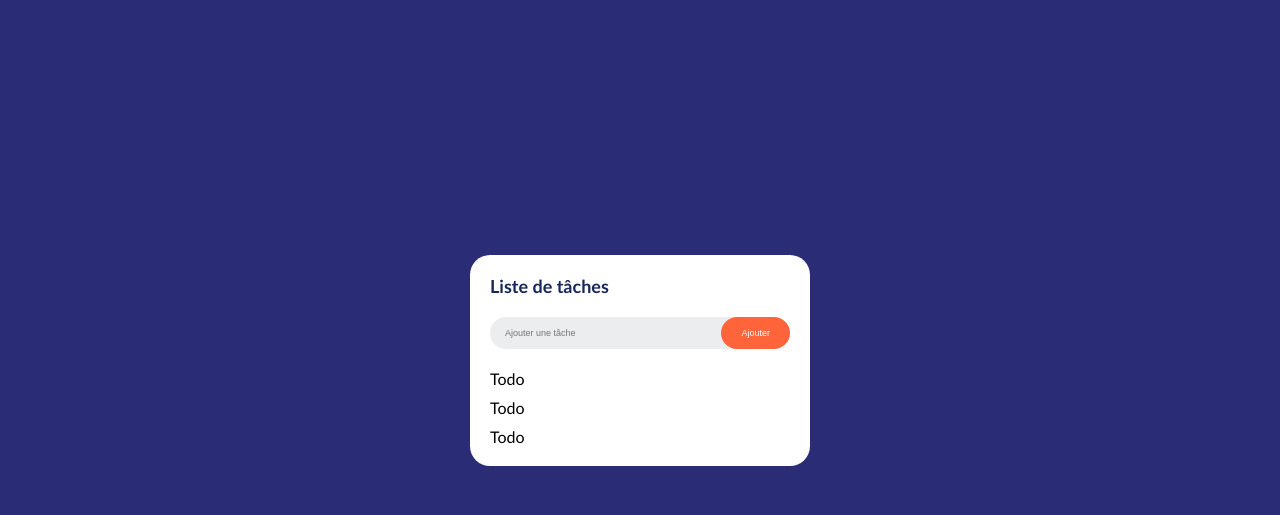
Repository: ndiemenguer/convertisseur
Page: / (app in todo-isep/)
The author's editor kept a copy of each file at every save. The page is drawn from the files as they stood at one save, then again after the next save.
The browser window is 1280 px wide. The pictures show the whole page.
The project was rebuilt for these pictures with package versions that can differ from the ones it lists, and the page was loaded fresh each time. Also part of the build but not shown: todo-isep/vite.config.js, todo-isep/src/Application.jsx, todo-isep/src/index.css.

Above is the page before, as saved 2023-05-06 12:53:34.

After the next save:
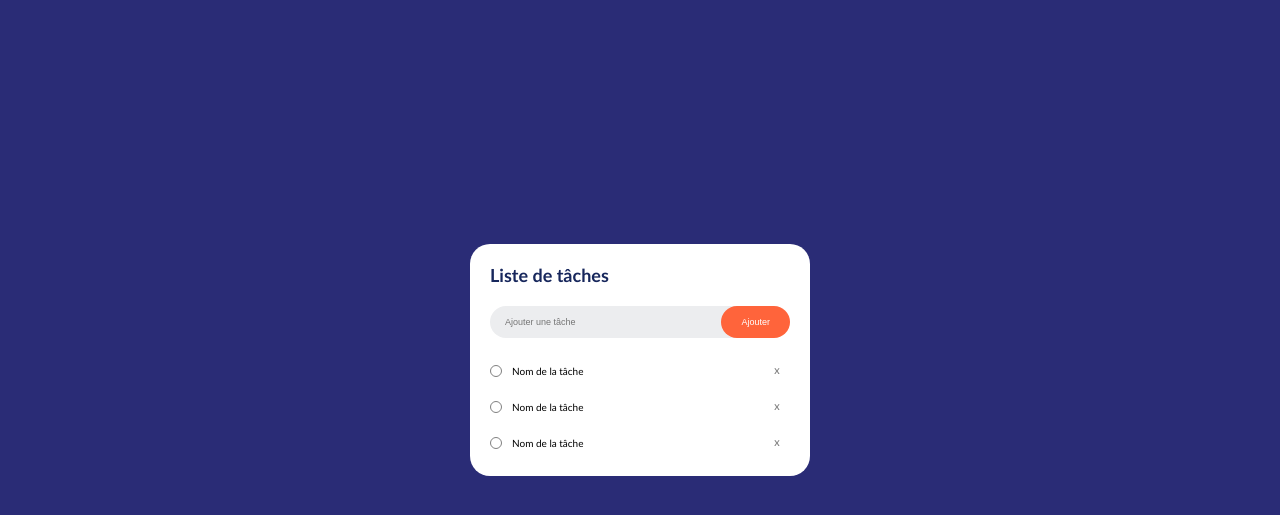
Saved 28 s later.
--- a/todo-isep/src/components/Todo.jsx
+++ b/todo-isep/src/components/Todo.jsx
@@ -1,7 +1,19 @@
 import React from "react";
 
 function Todo() {
-  return <div>Todo</div>;
+  return (
+    <>
+      <div className="todo-box">
+        <div className="todo-checkbox-name">
+          <div className="checkbox"></div>
+          <div className="todo-name">Nom de la tâche</div>
+        </div>
+        <div>
+          <div className="delete">X</div>
+        </div>
+      </div>
+    </>
+  );
 }
 
 export default Todo;
